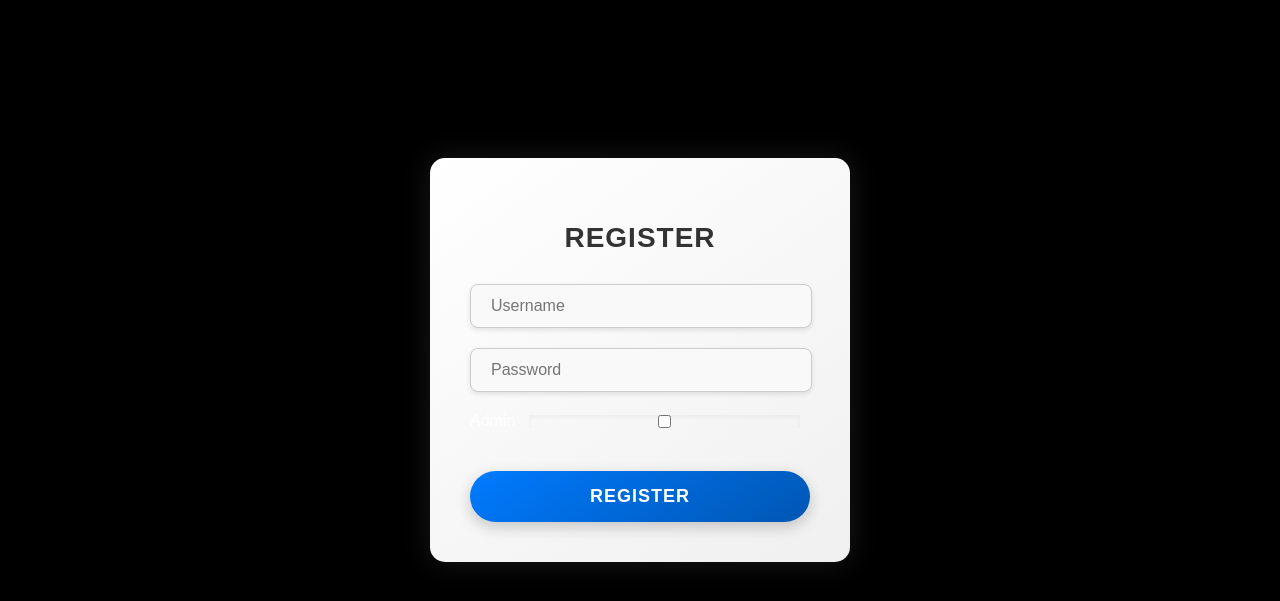
Repository: mdmisri/needy-talk
Page: /register (app in frontend/talk-d1/)
An editor plug-in stored every save of this project. The page is shown before and after a run of saves, followed by the edit.
The browser window is 1280 px wide. The pictures show the whole page.
The page's requests for data from a server got no answer. The project was rebuilt for these pictures with package versions that can differ from the ones it lists, and the page was loaded fresh each time. No one was signed in, and anything a server would have sent is missing. Also part of the build but not shown: frontend/talk-d1/src/components/Login/Login.js, frontend/talk-d1/src/conversationUtils.js, frontend/talk-d1/src/hooks/useConversation.js, frontend/talk-d1/src/components/Chat/styles/Message.css, frontend/talk-d1/src/components/Chat/Message.js, frontend/talk-d1/src/components/Chat/ChatBox.js, frontend/talk-d1/src/components/Chat/AdminChatBox.js, frontend/talk-d1/src/components/Chat/AdminSelection.js and 1 more.

Above is the page before, as saved 2024-07-29 05:22:59.

### frontend/talk-d1/src/index.js
import React from 'react';
import ReactDOM from 'react-dom/client';
import './index.css';
import App from './App';
import { BrowserRouter } from 'react-router-dom';

const root = ReactDOM.createRoot(document.getElementById('root'));
root.render(
  <React.StrictMode>
    <BrowserRouter>
    <App />
    </BrowserRouter>
  </React.StrictMode>
);

// If you want to start measuring performance in your app, pass a function
// to log results (for example: reportWebVitals(console.log))
// or send to an analytics endpoint. Learn more: https://bit.ly/CRA-vitals

### frontend/talk-d1/src/App.js
import React, { useState, useEffect } from 'react';
import { Routes, Route, useNavigate } from 'react-router-dom';
import Login from './components/Login/Login';
import Register from './components/Register/Register';
import ChatBox from './components/Chat/ChatBox';
import AdminChatBox from './components/Chat/AdminChatBox';
import ChatStart from './components/Chat/ChatStart';
import AdminSelection from './components/Chat/AdminSelection';
import socket from './components/Chat/socket';

const App = () => {
    const [user, setUser] = useState(null);
    const [username, setUsername] = useState('');
    const [isAdmin, setIsAdmin] = useState(false);
    const [adminUsername, setAdminUsername] = useState(null);
    const [redirectToChat, setRedirectToChat] = useState(false);
    const navigate = useNavigate();

    useEffect(() => {
        const handleBeforeUnload = () => {
            if (username) {
                socket.emit('userOffline', username);
            }
        };

        window.addEventListener('beforeunload', handleBeforeUnload);

        return () => {
            window.removeEventListener('beforeunload', handleBeforeUnload);
        };
    }, [username]);

    useEffect(() => {
        if (user) {
            if (isAdmin) {
                navigate('/admin-chat');
            } else if (redirectToChat) {
                navigate(`/chat/${adminUsername}`);
            } else {
                navigate('/home');
            }
        }
    }, [user, isAdmin, redirectToChat, adminUsername, navigate]);

    const handleLogout = () => {
        socket.emit('userOffline', username);
        setUser(null);
        setUsername('');
        setIsAdmin(false);
        setAdminUsername(null);
        setRedirectToChat(false);
        navigate('/login');
    };

    const handleAdminSelection = (selectedAdminUsername) => {
        setAdminUsername(selectedAdminUsername);
        setRedirectToChat(true);
    };

    return (
        <div>
            <Routes>
                <Route path="/login" element={<Login setUser={setUser} setUsername={setUsername} setIsAdmin={setIsAdmin} />} />
                <Route path="/register" element={<Register />} />
                {/* Route for admin selection */}
                <Route path="/home" element={!isAdmin ? <ChatStart username={username} onAdminSelect={handleAdminSelection} /> : <AdminChatBox adminUsername={username} handleAdminSelection={handleAdminSelection} />} />
                {/* Route for admin chat box */}
                <Route path="/admin-chat" element={<AdminChatBox adminUsername={username} handleAdminSelection={handleAdminSelection} />} />
                {/* Route for user chat box */}
                <Route path="/chat/:receiverUsername" element={<ChatBox senderUsername={username} />} />
            </Routes>
            {user && <button onClick={handleLogout}>Logout</button>}
        </div>
    );
};

export default App;

### frontend/talk-d1/src/components/Register/Register.js
import React, { useState } from 'react';
import axios from 'axios';
import { useNavigate } from 'react-router-dom';
import "./Register.css";

const Register = () => {
    const [username, setUsername] = useState('');
    const [password, setPassword] = useState('');
    const [isAdmin, setIsAdmin] = useState(false);
    const [message, setMessage] = useState('');
    const navigate = useNavigate();

    const handleRegister = async (e) => {
        e.preventDefault();
        try {
            await axios.post('http://localhost:3010/api/auth/register', {
                username,
                password,
                isAdmin,
            });
            setMessage('User registered successfully');
            navigate('/login');
        } catch (err) {
            setMessage('Error registering user');
        }
    };

    return (
        <div className="form-container">
            <h2>Register</h2>
            {message && <p>{message}</p>}
            <form onSubmit={handleRegister}>
                <input
                    type="text"
                    value={username}
                    onChange={(e) => setUsername(e.target.value)}
                    placeholder="Username"
                    required
                />
                <input
                    type="password"
                    value={password}
                    onChange={(e) => setPassword(e.target.value)}
                    placeholder="Password"
                    required
                />
                <div className="checkbox-container">
                    <label className="admin-text">Admin</label>
                    <input
                        type="checkbox"
                        checked={isAdmin}
                        onChange={() => setIsAdmin(!isAdmin)}
                    />
                </div>
                <button type="submit">Register</button>
            </form>
        </div>
    );
};

export default Register;

### frontend/talk-d1/src/components/Chat/socket.js
// socket.js
import io from 'socket.io-client';

const socket = io('http://localhost:3010');

export default socket;

### frontend/talk-d1/src/components/Login/Login.css
body, html {
    margin: 0;
    padding: 0;
    height: 100%;
    background-color: #000000; /* Set the background color to black */
    display: flex;
    justify-content: center;
    align-items: center;
    font-family: 'Arial', sans-serif;
}

.login-container {
    width: 340px;
    padding: 40px;
    background: linear-gradient(145deg, #ffffff, #f0f0f0);
    box-shadow: 0 0 30px rgba(255, 255, 255, 0.1);
    border-radius: 15px;
    text-align: center;
}

.login-container h2 {
    margin-bottom: 30px;
    color: #333;
    font-size: 28px;
    font-weight: 600;
    text-transform: uppercase;
    letter-spacing: 1px;
}

.login-container input[type="text"],
.login-container input[type="password"] {
    width: calc(100% - 40px); /* Adjust width to account for padding */
    margin-bottom: 20px;
    padding: 12px 20px; /* Adjust padding for better spacing */
    border: 1px solid #ccc; /* Add a subtle border */
    border-radius: 8px; /* Less rounded for a more modern look */
    background: #f9f9f9;
    box-shadow: 0 2px 5px rgba(0, 0, 0, 0.1); /* Subtle outer shadow */
    font-size: 16px;
    transition: all 0.3s ease;
    outline: none; /* Remove default outline */
}

.login-container input[type="text"]:focus,
.login-container input[type="password"]:focus {
    border-color: #007BFF; /* Highlight border color on focus */
    box-shadow: 0 0 5px rgba(0, 123, 255, 0.5); /* Add glow effect on focus */
    background: #fff; /* Ensure background is clear on focus */
    outline: none;
    box-shadow: inset 5px 5px 10px #c1c1c1, inset -5px -5px 10px #ffffff;
}

.login-container button {
    width: 100%;
    padding: 15px;
    background: linear-gradient(145deg, #007bff, #0056b3);
    color: #fff;
    border: none;
    border-radius: 50px;
    cursor: pointer;
    font-size: 18px;
    font-weight: 600;
    text-transform: uppercase;
    letter-spacing: 1px;
    transition: all 0.3s ease;
    box-shadow: 5px 5px 10px #d9d9d9, -5px -5px 10px #ffffff;
}

.login-container button:hover {
    background: linear-gradient(145deg, #0056b3, #004494);
    transform: translateY(-3px);
    box-shadow: 7px 7px 15px #d9d9d9, -7px -7px 15px #ffffff;
}

.login-container button:active {
    transform: translateY(0);
    box-shadow: 3px 3px 5px #d9d9d9, -3px -3px 5px #ffffff;
}

### frontend/talk-d1/src/components/Register/Register.css
body, html {
    margin: 0;
    padding: 0;
    height: 100%;
    background-color: #000000;
    display: flex;
    justify-content: center;
    align-items: center;
    font-family: 'Arial', sans-serif;
}

.form-container {
    width: 340px;
    padding: 40px;
    background: linear-gradient(145deg, #ffffff, #f0f0f0);
    box-shadow: 0 0 30px rgba(255, 255, 255, 0.1);
    border-radius: 15px;
    text-align: center;
}

.form-container h2 {
    margin-bottom: 30px;
    color: #333;
    font-size: 28px;
    font-weight: 600;
    text-transform: uppercase;
    letter-spacing: 1px;
}

.form-container input[type="text"],
.form-container input[type="password"],
.form-container input[type="email"] {
    width: calc(100% - 40px);
    margin-bottom: 20px;
    padding: 12px 20px;
    border: 1px solid #ccc;
    border-radius: 8px;
    background: #f9f9f9;
    box-shadow: 0 2px 5px rgba(0, 0, 0, 0.1);
    font-size: 16px;
    transition: all 0.3s ease;
    outline: none;
}

.form-container input[type="text"]:focus,
.form-container input[type="password"]:focus,
.form-container input[type="email"]:focus {
    border-color: #007BFF;
    box-shadow: 0 0 5px rgba(0, 123, 255, 0.5);
    background: #fff;
}

.form-container .checkbox-container {
    display: flex;
    align-items: center;
    justify-content: flex-end; /* Align the checkbox to the right */
    margin-bottom: 20px;
    font-size: 16px;
    gap: 10px; /* Add some gap between text and checkbox */
}

.form-container .admin-text {
    color: white; /* Ensure the admin text is white */
}

.form-container button {
    width: 100%;
    padding: 15px;
    background: linear-gradient(145deg, #007bff, #0056b3);
    color: #fff;
    border: none;
    border-radius: 50px;
    cursor: pointer;
    font-size: 18px;
    font-weight: 600;
    text-transform: uppercase;
    letter-spacing: 1px;
    transition: all 0.3s ease;
    box-shadow: 0 5px 15px rgba(0, 0, 0, 0.2);
    margin-top: 20px; /* Add some margin above the button */
}

.form-container button:hover {
    background: linear-gradient(145deg, #0056b3, #004494);
    transform: translateY(-3px);
    box-shadow: 0 7px 20px rgba(0, 0, 0, 0.3);
}

.form-container button:active {
    transform: translateY(0);
    box-shadow: 0 3px 10px rgba(0, 0, 0, 0.2);
}

### frontend/talk-d1/src/components/Chat/styles/ChatBox.css
.chatbox {
    display: flex;
    flex-direction: column;
    height: 100vh;
    width: 400px;
    position: fixed; /* Fixed position */
    bottom: 0; /* Align to the bottom of the viewport */
    right: 0; /* Align to the right of the viewport */
    border: none; /* Removed border for a cleaner look */
    border-radius: 12px;
    box-shadow: 0 4px 20px rgba(0, 0, 0, 0.1);
    background-color: #ffffff; /* Changed to pure white for a cleaner design */
    overflow: hidden;
    font-family: 'Segoe UI', Tahoma, Geneva, Verdana, sans-serif; /* Updated font for modern feel */
}

.messages {
    flex: 1;
    padding: 20px;
    overflow-y: auto;
    background-color: #f9f9f9; /* Slightly off-white for contrast */
    border-top-left-radius: 12px;
    border-top-right-radius: 12px;
}

.messages div {
    margin-bottom: 12px;
    padding: 12px 16px;
    border-radius: 20px; /* More rounded corners */
    max-width: 75%;
    line-height: 1.5; /* Improved line height for readability */
    font-size: 15px; /* Slightly larger font size */
    transition: background-color 0.3s; /* Smooth background transition */
}

.sent {
    align-self: flex-end;
    background-color: #e1f5fe; /* Light blue for sent messages */
    color: #333;
}

.received {
    align-self: flex-start;
    background-color: #ffffff; /* White background for received messages */
    border: 1px solid #e0e0e0;
    color: #333;
}

.input-container {
    display: flex;
    padding: 10px;
    border-top: 1px solid #e0e0e0;
    background-color: #ffffff;
    box-shadow: 0 -2px 4px rgba(0, 0, 0, 0.1);
}

input {
    flex: 1;
    padding: 12px 20px;
    border: 2px solid #e0e0e0; /* Thicker border for input */
    border-radius: 25px;
    font-size: 15px; /* Increased font size */
    margin-right: 10px;
    box-shadow: inset 0 2px 4px rgba(0, 0, 0, 0.05);
    transition: border-color 0.3s, box-shadow 0.3s; /* Added transition for shadow */
}

input:focus {
    outline: none;
    border-color: #007bff; /* Blue border on focus */
    box-shadow: 0 0 5px rgba(0, 123, 255, 0.5);
}

button {
    padding: 12px 20px;
    border: none;
    border-radius: 25px; /* Added border-radius for button */
    background-color: #007bff; /* Blue background for button */
    color: #ffffff; /* White text for button */
    font-size: 15px; /* Increased font size */
    cursor: pointer;
    transition: background-color 0.3s; /* Smooth background transition */
}

button:hover {
    background-color: #0056b3; /* Darker blue on hover */
}

### frontend/talk-d1/src/components/Chat/styles/AdminChatBox.css
/* AdminChatBox.css */

.admin-chat-container {
    display: flex;
    height: 100vh;
    font-family: Arial, sans-serif;
}

.user-tabs {
    width: 250px;
    background-color: #f7f7f7;
    border-right: 1px solid #ddd;
    overflow-y: auto;
    padding: 10px;
}

.user-tab {
    padding: 10px;
    cursor: pointer;
    display: flex;
    justify-content: space-between;
    align-items: center;
    border-radius: 5px;
    transition: background-color 0.3s ease;
}

.user-tab:hover {
    background-color: #e0e0e0;
}

.user-tab.active {
    background-color: #007bff;
    color: white;
}

.chat-box {
    flex: 1;
    display: flex;
    flex-direction: column;
    padding: 10px;
    background-color: #fff;
}

.messages {
    flex: 1;
    overflow-y: auto;
    margin-bottom: 10px;
    border-bottom: 1px solid #ddd;
}

.typing-indicator {
    font-style: italic;
    color: #999;
    margin: 5px 0;
}

input[type="text"] {
    width: calc(100% - 80px);
    padding: 10px;
    margin-right: 10px;
    border: 1px solid #ddd;
    border-radius: 5px;
    outline: none;
    transition: border-color 0.3s ease;
}

input[type="text"]:focus {
    border-color: #007bff;
}

button {
    padding: 10px 20px;
    background-color: #007bff;
    color: white;
    border: none;
    border-radius: 5px;
    cursor: pointer;
    transition: background-color 0.3s ease;
}

button:hover {
    background-color: #0056b3;
}

/* Responsive Design */
@media (max-width: 768px) {
    .admin-chat-container {
        flex-direction: column;
    }

    .user-tabs {
        width: 100%;
        border-right: none;
        border-bottom: 1px solid #ddd;
    }

    input[type="text"] {
        width: calc(100% - 90px);
    }
}

### frontend/talk-d1/src/components/Chat/styles/AdminSelection.css
body, html {
    margin: 0;
    padding: 0;
    height: 100%;
    background-color: #000000; /* Set the background color to black */
    font-family: 'Arial', sans-serif;
    color: white; /* Set default text color to white */
}

.admin-selection-container {
    display: flex;
    flex-direction: column; /* Stack the heading above the cards */
    justify-content: center;
    align-items: center;
    height: 100vh;
    text-align: center; /* Center the heading text */
}

.admin-selection-container h2 {
    margin-bottom: 20px; /* Add some space below the heading */
    color: white; /* Ensure the heading text is white */
}

.cards-wrapper {
    display: flex; /* Display the cards in a row */
    justify-content: center; /* Center the cards horizontally */
}

.card {
    background-color: white; /* Set the background color of the card to white */
    color: black; /* Set the text color inside the card to black */
    margin: 10px 20px;
    padding: 20px;
    border: 1px solid #ccc;
    border-radius: 10px;
    text-align: center;
    cursor: pointer;
    transition: transform 0.2s;
}

.card:hover {
    transform: scale(1.05);
}

.card h3 {
    margin: 0;
    color: black; /* Ensure the card header text is black */
}

.card-icon {
    font-size: 40px;
    margin-bottom: 10px;
}

Loaded but not shown: frontend/talk-d1/public/index.html (common file); frontend/talk-d1/src/index.css (no stored copy; drawn as an empty file)

After the next 2 saves:
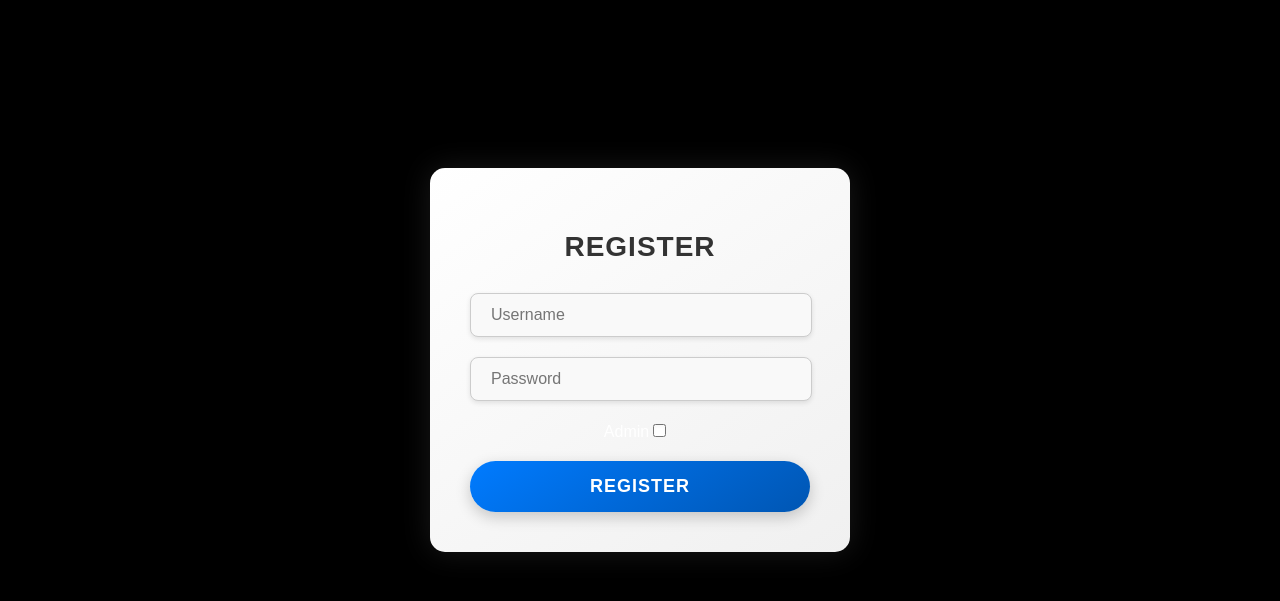
The 2 saves are shown as one change because they came seconds apart.
The last was saved 36 s later.
--- a/frontend/talk-d1/src/components/Register/Register.css
+++ b/frontend/talk-d1/src/components/Register/Register.css
@@ -50,13 +50,13 @@ body, html {
     background: #fff;
 }
 
-.form-container .checkbox-container {
+form-container .checkbox-container {
     display: flex;
     align-items: center;
-    justify-content: flex-end; /* Align the checkbox to the right */
+    justify-content: flex-start; /* Align to the left instead of right */
     margin-bottom: 20px;
     font-size: 16px;
-    gap: 10px; /* Add some gap between text and checkbox */
+    gap: 10px;
 }
 
 .form-container .admin-text {
